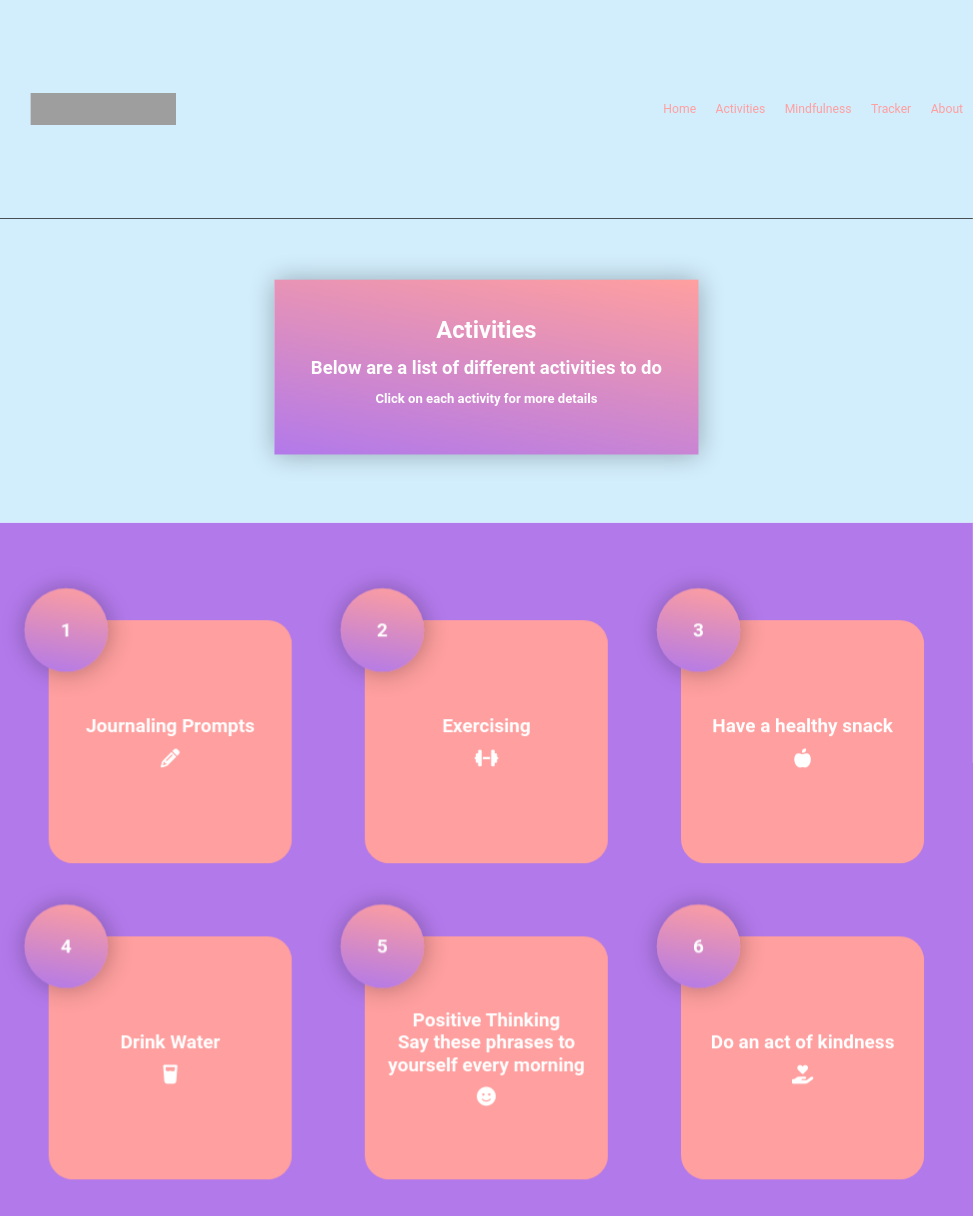
Repository: Nafisa-Huda/HealthierMind
Page: public/activities.html
These files come from the project's save history. The page is drawn as it stood at one moment and after the next save; the edit follows.
The browser window is 1280 px wide. The pictures show the whole page, at 76% of full size.
Pictures or frames that could not be fetched are drawn as grey boxes. Some web libraries are served in a nearby version.

Above is the page before, as saved 2022-07-13 15:11:16.

### public/activities.html
<!DOCTYPE html>
<html lang="en">
  <head>
    <meta charset="UTF-8" />
    <meta http-equiv="X-UA-Compatible" content="IE=edge" />
    <meta name="viewport" content="width=device-width, initial-scale=1.0" />
    <title>Activities</title>
    <link rel="stylesheet" href="style.css" />
    <script
      src="https://kit.fontawesome.com/a995213cd6.js"
      crossorigin="anonymous"
    ></script>
  </head>
  <body class="activities">
    <header>
      <div class="container row">
        <img
          class="logo"
          src="https://i.ibb.co/xLGc6jC/Healthy-Mind-logo.png"
          alt="healthy-mind-logo"
        />
        <nav class="nav">
          <li class="nav__item"><a href="index.html" class="nav__link">Home</a></li>
          <li class="nav__item"><a href="activities.html" class="nav__link">Activities</a></li>
          <li class="nav__item"><a href="mindfulness.html" class="nav__link">Mindfulness</a></li>
          <li class="nav__item"><a href="tracker.html" class="nav__link">Tracker</a></li>
          <li class="nav__item"><a href="about.html" class="nav__link">About</a></li>
        </nav>
      </div>
    </header>
    <section class="activities-title">
      <div class="headings-container">
        <h1 class="headings">Activities</h1>
        <h3 class="headings">Below are a list of different activities to do</h3>
        <h5 class="headings">Click on each activity for more details</h5>
      </div>
    </section>

    <div class="activities-container">
      <div class="scene scene-card">
        <div class="card">
          <div class="face front">
            <div class="number">1</div>
            Journaling Prompts <i class="fa-solid fa-pencil"></i>
          </div>
          <div class="face back prompts-back">
            <ul class="ul">
              <li>Describe the happiest day of your life.</li>
              <li>What is one thing you would like to be better at?</li>
              <li>Describe yourself in 10 words.</li>
              <li>What are three things you are grateful for?</li>
              <li>What is the most important lesson you have learned?</li>
            </ul>
          </div>
        </div>
      </div>

      <div class="scene scene-card">
        <div class="card">
          <div class="face front">
            <div class="number">2</div>
            Exercising <i class="fa-solid fa-dumbbell"></i>
          </div>
          <div class="face back">
            <ul class="ul">
              <li>Jump roping</li>
              <li>Jumping Jacks</li>
              <li>Running</li>
              <li>Running in place</li>
              <li>Push-ups</li>
              <li>Sit-ups</li>
              <li>Taking a walk</li>
            </ul>
          </div>
        </div>
      </div>

      <div class="scene scene-card">
        <div class="card">
          <div class="face front">
            <div class="number">3</div>
            Have a healthy snack <i class="fa-solid fa-apple-whole"></i>
          </div>
          <div class="face back">
            <ul class="ul">
              <li>Whole-grain crackers</li>
              <li>Sliced Apples</li>
              <li>Sliced Pears</li>
              <li>Trail Mix</li>
              <li>Berries</li>
              <li>Banana</li>
              <li>Yogurt</li>
              <li>Popcorn</li>
            </ul>
          </div>
        </div>
      </div>

      <div class="scene scene-card">
        <div class="card">
          <div class="face front">
            <div class="number">4</div>
            Drink Water <i class="fa-solid fa-glass-water"></i>
          </div>
          <div class="face back hydrated">
            Not drinking enough water can lead to headaches, sleepiness, and a
            loss of strength, so make sure to drink 5-7 cups of water a day!
          </div>
        </div>
      </div>

      <div class="scene scene-card">
        <div class="card">
          <div class="face front">
            <div class="number">5</div>
            Positive Thinking
            <p>Say these phrases to yourself every morning</p>
            <i class="fa-solid fa-face-smile"></i>
          </div>
          <div class="face back">
            <ul class="ul">
              <li class="li-positive">I am strong</li>
              <li class="li-positive">I am awesome</li>
              <li class="li-positive">I am powerful</li>
              <li class="li-positive">I am smart</li>
              <li class="li-positive">I am brave</li>
              <li class="li-positive">I got this</li>
            </ul>
          </div>
        </div>
      </div>

      <div class="scene scene-card">
        <div class="card">
          <div class="face front">
            <div class="number">6</div>
            Do an act of kindness
            <i class="fa-solid fa-hand-holding-heart"></i>
          </div>
          <div class="face back">
            <ul class="ul">
              <li>Hold the door open for someone</li>
              <li>Give someone a compliment</li>
              <li>Talk to someone new at school</li>
              <li>Do a chore</li>
              <li>Walk your neighbors dog</li>
            </ul>
          </div>
        </div>
      </div>
    </div>
    <script src="/public/main.js"></script>
</body>
</html>

### public/style.css
*,
*::before,
*::after {
  box-sizing: border-box;
  margin: 0;
  padding: 0;
}

body {
  max-width: 100%;
  font-family: "Roboto", sans-serif;
  font-size: 1.3rem;
}
html {
  scroll-behavior: smooth;
  scroll-padding-top: (--scroll-padding, 100px);
}

/*scrollbar*/
::-webkit-scrollbar {
  width: 0.7em;
}
::-webkit-scrollbar-track {
  background: antiquewhite;
}
::-webkit-scrollbar-thumb {
  background: #ffe170;
}

header{
  background-color: #d2edfc;
  height: 3%;
}
  .containerImg > img {
      width: 80%;
      margin: 5rem 5rem 5rem 5rem ;
      max-height: 100%;
      padding: auto;
  }

/* home page */

.container {
  width: 100vw;
  height: 40vh;
  margin: 0 auto;
  border-bottom: 0.1rem solid black;
}
.main {
  height: 100vh;
}

.hero {
  display: flex;
  background-color: #d2edfc;
}
.hero h1 {
  font-family: caveat brush;
  text-align: center;
  margin-top: 0%;
  font-size: 3em;
}

.hero p {
  padding: 0 0.5em;
  margin-top: 0;
  text-align: center;
}

  .hero__text{
    width: 50%;
    margin: 8rem 0 4rem 2rem;
    display: flex;
    flex-direction: column;
    align-items: center;
    justify-content: flex-start;
  }

.row {
  display: flex;
  justify-content: space-between;
  align-items: center;
  width: 100%;
}

.logo {
  width: 15%;
  height: 15%;
  margin-left: 2.5rem;
  margin-right: 3.5rem;
}

.nav {
    display: flex;
    justify-content: space-between;
    align-items: center;
    max-width: 100%;
}

.nav__list {
  margin: 0;
  list-style: none;
  display: flex;
  align-items: center;

  font-size: 2rem;
}

.nav__item {
  display: flex;
  flex-direction: row;
  padding: 0.8rem;
  /* padding-right: 9rem; */
}
.nav__link {
  text-decoration: none;
  font-size: initial;
  color: #FF9F9F;
}

.nav__link--button {
  padding: 0.25em 1em;
}

.nav__link:hover {
  opacity: 0.75;
}


/* activities page */

.activities-title {
  display: flex;
  flex-direction: column;
  align-items: center;
  height: 25rem;
  padding-top: 5rem;
  background: #d2edfc;
}

.headings-container {
  display: flex;
  padding: 3rem;
  background: linear-gradient(10deg, #b279ea, #ff9f9f);
  flex-direction: column;
  align-items: center;
  border: solid 0px white;
  box-shadow: black 6px;
  box-shadow: 1px 1px 2rem rgb(0 0 0 / 30%);
}

.headings {
  margin-top: 0;
  margin-bottom: 1rem;
  color: #fff;
}

.activities-container {
  display: flex;
  flex-wrap: wrap;
  justify-content: center;
  background-color: #b279ea;
  padding-top: 5rem;
}

span {
  content: "\2192";
  font-size: xxx-large;
}

.number {
  height: 110px;
  width: 110px;
  background: linear-gradient(10deg, #b279ea, #ff9f9f);
  box-shadow: 1px 1px 2rem rgb(0 0 0 / 30%);
  border-radius: 100%;
  position: absolute;
  left: -10%;
  top: -13%;
  display: flex;
  align-items: center;
  justify-content: center;
}

.scene {
  width: 20rem;
  height: 20rem;
  margin: 3rem;
  perspective: 600px;
}

.card {
  width: 100%;
  height: 100%;
  cursor: pointer;
  transform-style: preserve-3d;
  transform-origin: center right;
  transition: transform 1s;
}

.card.is-flipped {
  transform: translateX(-100%) rotateY(-180deg);
}

.face {
  position: absolute;
  width: 100%;
  height: 100%;
  display: flex;
  justify-content: center;
  align-items: center;
  color: #fff;
  text-align: center;
  font-weight: bold;
  font-size: larger;
  backface-visibility: hidden;
}

.front {
  background-color: #ff9f9f;
  border-radius: 2rem;
  display: flex;
  flex-direction: column;
  padding: 1rem;
}

.back {
  background-color: #ff9f9f;
  transform: rotateY(180deg);
  font-size: larger;
  border-radius: 2rem;
  line-height: 2.3rem;
  display: flex;
  justify-content: flex-start;
  align-items: center;
}

.ul {
  padding: 3rem;
  font-size: large;
  text-align: left;
}

.hydrated {
  font-size: larger;
  padding: 1rem;
}

.prompts-back {
  line-height: 1.7rem;
  display: flex;
  justify-content: flex-start;
  align-items: center;
}

.fa-solid {
  padding-top: 1rem;
  font-family: "Font Awesome 6 Free";
}

### public/main.js
const cards = document.querySelectorAll('.card');
[...cards].forEach((card)=>{
    card.addEventListener('click', () =>{
        card.classList.toggle('is-flipped')
    })
});

After the next save:
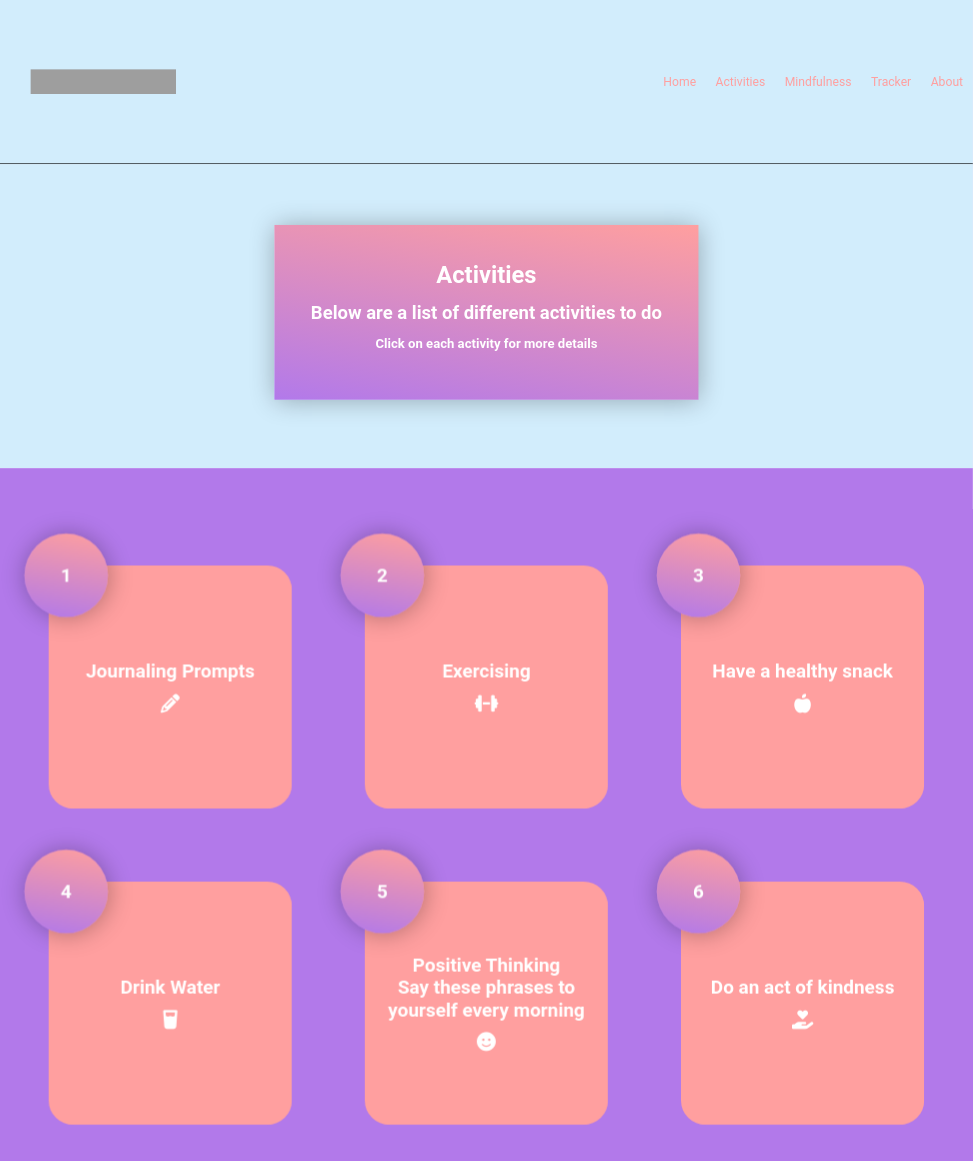
Saved 4 s later.
--- a/public/style.css
+++ b/public/style.css
@@ -42,7 +42,7 @@ header{
 
 .container {
   width: 100vw;
-  height: 40vh;
+  height: 30vh;
   margin: 0 auto;
   border-bottom: 0.1rem solid black;
 }
